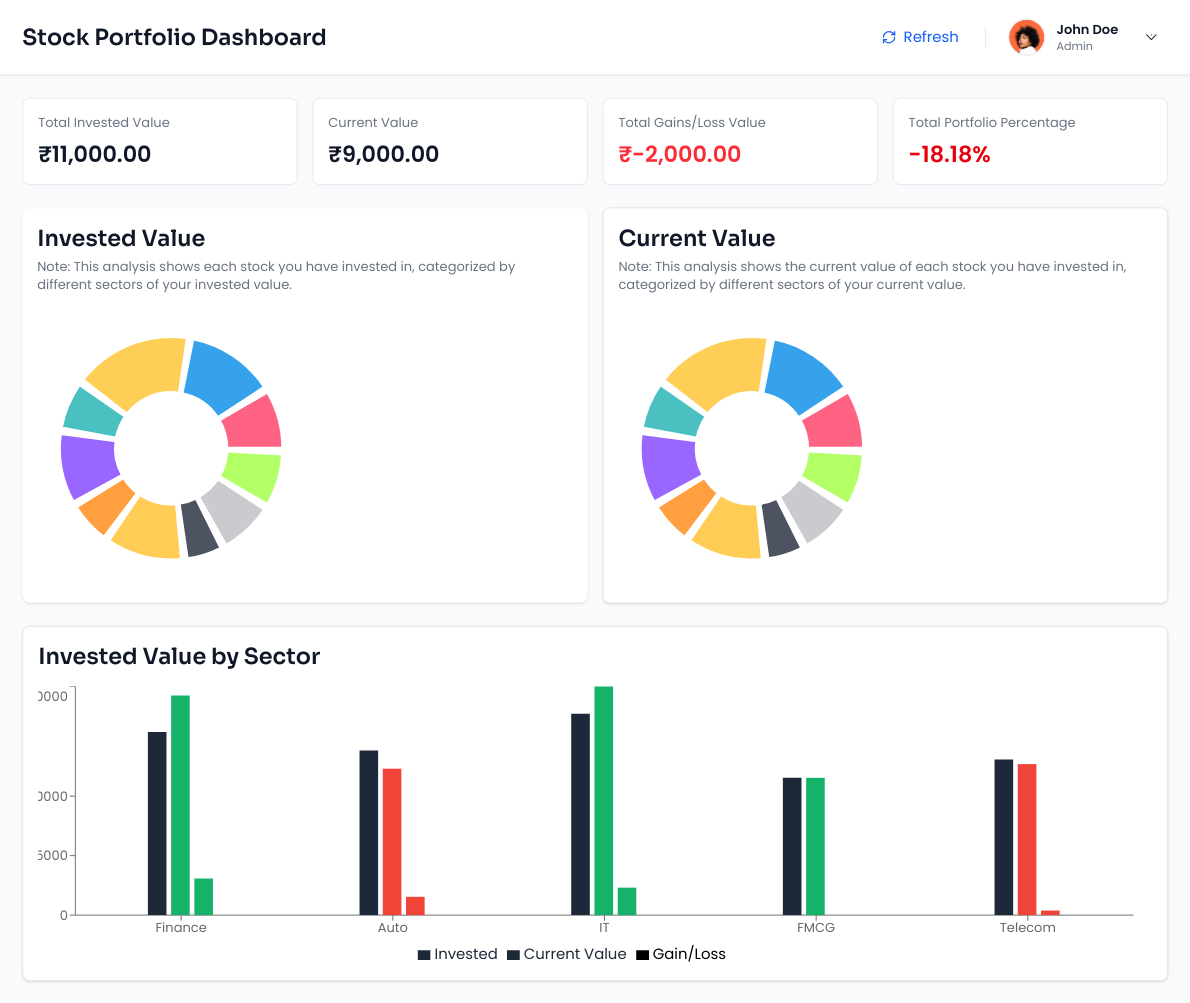
Repository: jabir12-12/inten-project
Page: /
These files come from the project's save history. The page is drawn as it stood at one moment and after the next save; the edit follows.
The browser window is 1280 px wide. The pictures show the whole page, at 93% of full size.
The project was rebuilt for these pictures with package versions that can differ from the ones it lists, and the page was loaded fresh each time. The framework's server and built-in components were replaced by stand-ins that run in the browser. Also part of the build but not shown: next.config.ts.

Above is the page before, as saved 2025-05-17 15:49:05.

After the next save:
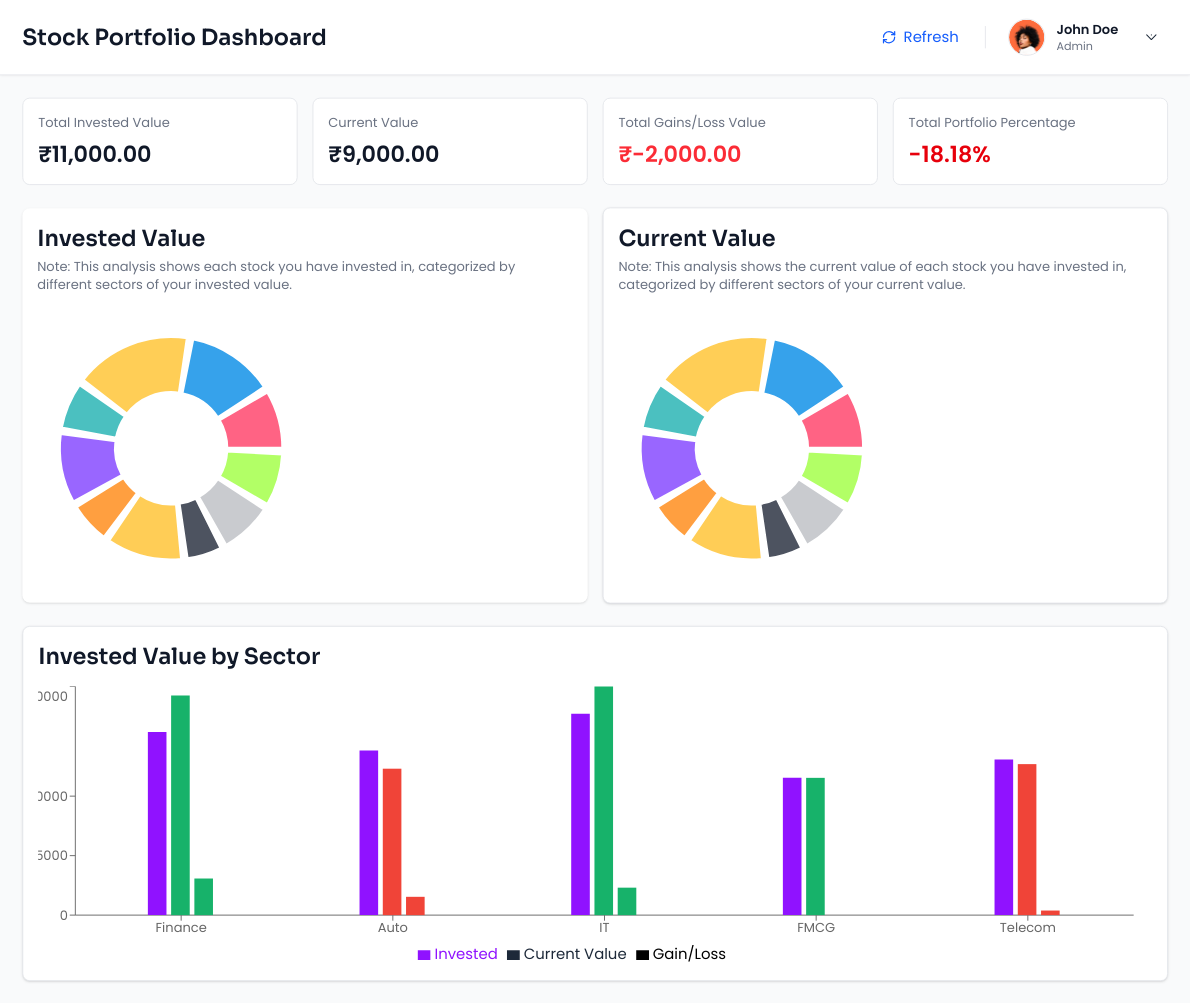
Saved 68 s later.
--- a/src/pages/index.tsx
+++ b/src/pages/index.tsx
@@ -291,7 +291,7 @@ export default function Home() {
               <Legend />
 
               {/* Invested: Always Gray */}
-              <Bar dataKey="invested" name="Invested" fill="#1D2939" barSize={20} />
+              <Bar dataKey="invested" name="Invested" fill="#9012FF" barSize={20} />
 
               {/* Current: Dynamic Color */}
               <Bar
